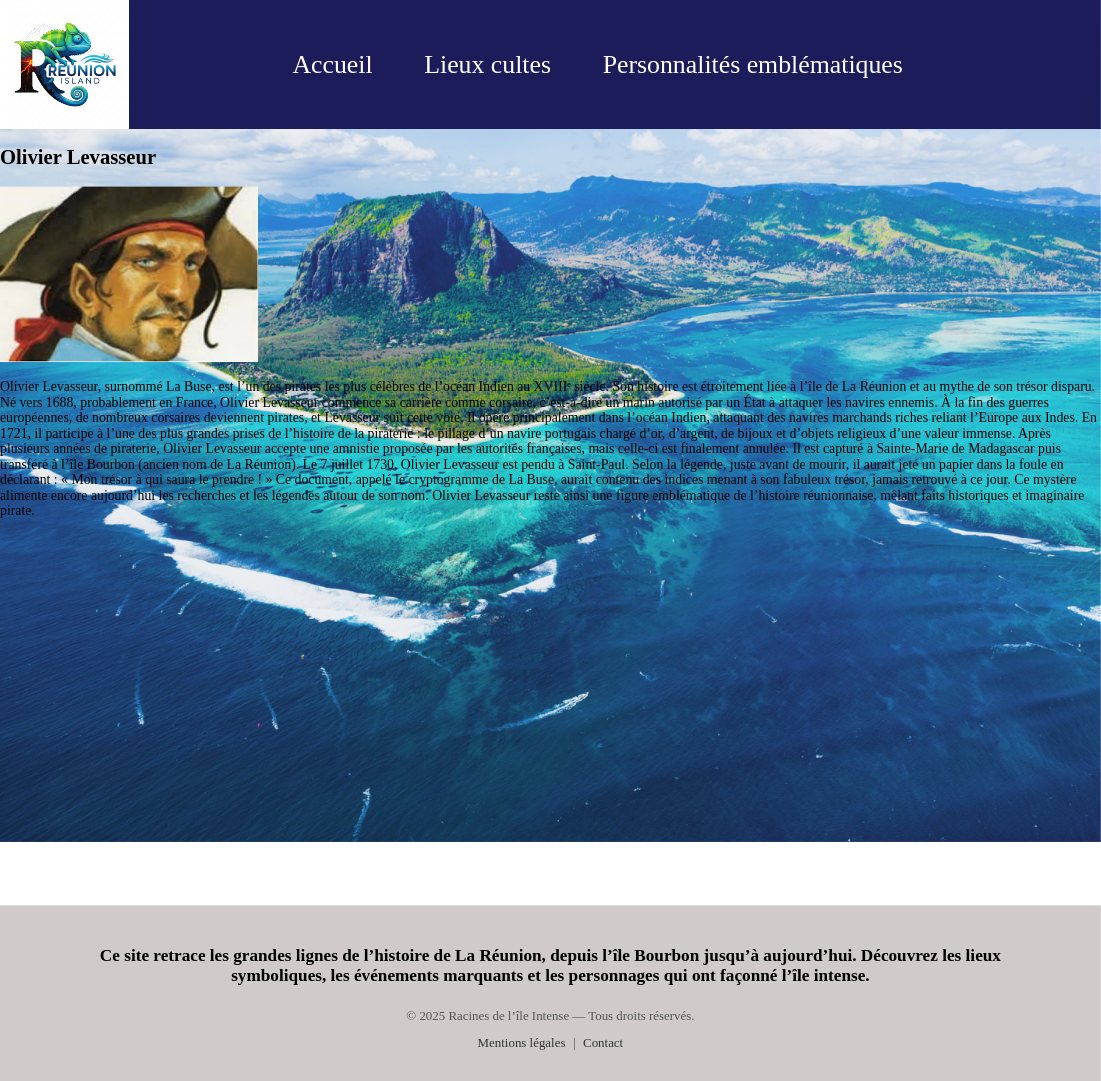
Repository: racinesintense974/Racines-de-lile-intense
Page: olivier-levasseur.html
The author's editor kept a copy of each file at every save. The page is drawn from the files as they stood at one save, then again after the next save.
The browser window is 1280 px wide. The pictures show the whole page, at 86% of full size.

Above is the page before, as saved 2026-02-19 16:38:45.

### olivier-levasseur.html
<!DOCTYPE html>
<html lang="fr">
<head>
    <meta charset="UTF-8">
    <title>Olivier Levasseur</title>
    <link rel="stylesheet" href="css/goat.css">
</head>
<body>

<body>
    <section class="top-page">
        <header class="header">
            <img src="image/logo22.png" alt="logo du site">
        <nav class="nav">
    <ul class="menu">
        <li><a href="index.html">Accueil</a></li>

        <li class="dropdown">
            <a href="#">Lieux cultes</a>
            <ul class="submenu">
                <li><a href="mafate.html">Mafate</a></li>
                <li><a href="cilaos.html">Cilaos</a></li>
                <li><a href="volcans.html">Les volcans</a></li>
            </ul>
        </li>

        <li class="dropdown">
        <a href="#">Personnalités emblématiques</a>
            <ul class="submenu">
                <li><a href="olivier-levasseur.html">Olivier Levasseur</a></li>
                <li><a href="Desbassayns.html">Madame Desbassayns</a></li>
                <li><a href="Garros.html">Rolland Garros</a></li>
            </ul>
        </li>

    </ul>
    </nav>
</header>

<main>
    <h1>Olivier Levasseur</h1>
    <img src="image/olivier levasuce.jpg" width="300">
    <p>
       Olivier Levasseur, surnommé La Buse, est l’un des pirates les plus célèbres de l’océan Indien au XVIIIᵉ siècle. Son histoire est étroitement liée à l’île de La Réunion et au mythe de son trésor disparu.

Né vers 1688, probablement en France, Olivier Levasseur commence sa carrière comme corsaire, c’est-à-dire un marin autorisé par un État à attaquer les navires ennemis. À la fin des guerres européennes, de nombreux corsaires deviennent pirates, et Levasseur suit cette voie.

Il opère principalement dans l’océan Indien, attaquant des navires marchands riches reliant l’Europe aux Indes. En 1721, il participe à l’une des plus grandes prises de l’histoire de la piraterie : le pillage d’un navire portugais chargé d’or, d’argent, de bijoux et d’objets religieux d’une valeur immense.

Après plusieurs années de piraterie, Olivier Levasseur accepte une amnistie proposée par les autorités françaises, mais celle-ci est finalement annulée. Il est capturé à Sainte-Marie de Madagascar puis transféré à l’île Bourbon (ancien nom de La Réunion).

Le 7 juillet 1730, Olivier Levasseur est pendu à Saint-Paul. Selon la légende, juste avant de mourir, il aurait jeté un papier dans la foule en déclarant :

« Mon trésor à qui saura le prendre ! »

Ce document, appelé le cryptogramme de La Buse, aurait contenu des indices menant à son fabuleux trésor, jamais retrouvé à ce jour. Ce mystère alimente encore aujourd’hui les recherches et les légendes autour de son nom.

Olivier Levasseur reste ainsi une figure emblématique de l’histoire réunionnaise, mêlant faits historiques et imaginaire pirate.
    </p>
</main>
<footer class="footer">
    <h1 class="big-title2">Ce site retrace les grandes lignes de l’histoire de La Réunion, depuis l’île Bourbon jusqu’à aujourd’hui. Découvrez les lieux symboliques, les événements marquants et les personnages qui ont façonné l’île intense.</h1>
  <p>&copy; 2025 Racines de l’île Intense — Tous droits réservés.</p>
  <p><a href="mentions-legales.html">Mentions légales</a> | <a href="contact.html">Contact</a></p>
</footer>

    </section>
</body>
</html>

### css/goat.css

*

body {
    margin: 0 auto;

}

header.header {
    display: flex;
    align-items: center;
    background-color: rgb(28, 28, 91);                    /* Entête */
    margin: 0;

}

header.header img {
    width: 150px;
}






section.top-page {
    background: url('../image/ocean\ fond\ olivier.jpg');
    background-size: cover;
    height: 136vh;
    padding: 0px;
}
/* page de bienvenue (landing page) */
.big-title {
    color: rgb(255, 255, 255);
    font-size: 27px;
    padding: 55px 360px;
    background-color: rgba(0, 0, 0, 0.323);
    margin-top: 0;



}
html, body {
  height: 100%;           /* Nécessaire pour que le conteneur remplisse l'écran */
  margin: 0;
  padding: 0;
}

.conteneur-central {
  display: flex;
  justify-content: center;      /* centre horizontalement */
  align-items: center;          /* centre verticalement */
  height: 70vh;                /* 100% de la hauteur de l'écran */
}

/* La galerie contient les images */
.galerie-images {
  display: flex;
  gap: 20px;
  flex-wrap: wrap;
  justify-content: center;
}

.galerie-images img {
  width: 390px;
  height: auto;
  border-radius: 50px;
  box-shadow: 0 4px 10px rgba(0, 0, 0, 0.1);
  transition: transform 0.3s ease;
}

.galerie-images img:hover {
  transform: scale(1.05);
}

.big-title2 {
    color: black;
    font-size: 20px;
    padding: 10px 50px;
}

.footer {
    width: 100%;
  background-color: #d0caca;
  padding: 20px;
  text-align: center;
  font-size: 15px;
  color: #555;
  border-top: 1px solid #ccc;
  margin-top: 450px;
   box-sizing: border-box;

}

.footer a {
  color: #333;
  text-decoration: none;
  margin: 0 5px;
}

.footer a:hover {
  text-decoration: underline;
}


/* menu de navigation */

nav.nav {
    display: flex;
    justify-content: space-between;
    list-style: none;
    width: 970px;
    margin-left: 180px;
font-size: 30px;
}


nav.nav li {
    color: white;
}



/* ===== MENU DEROULANT LIEUX-CULTES ===== */

nav.nav ul.menu {
    list-style: none;
    display: flex;
    gap: 40px;           /* espace entre les éléments */
    margin: 0;
    padding: 0;
}

nav.nav ul.menu > li {
    position: relative;
}

nav.nav ul.menu a {
    text-decoration: none;
    color: white;
    font-size: 30px;
    padding: 10px;
}

/* Sous-menu caché */
.submenu {
    list-style: none;
    padding: 0;
    margin: 0;
    position: absolute;
    background: rgb(12, 16, 70);
    border-radius: 5px;
    border: 1px solid black;
    display: none;
    min-width: 180px;
    z-index: 10;
}

/* Liens du sous-menu */
.submenu li a {
    color: black;
    padding: 10px;
    display: block;
    font-size: 20px;
}

/* Apparition au survol */
.dropdown:hover .submenu {
    display: block;
}

/* Effet hover */
.submenu li a:hover {
    background-color: #a01212;
}

After the next save:
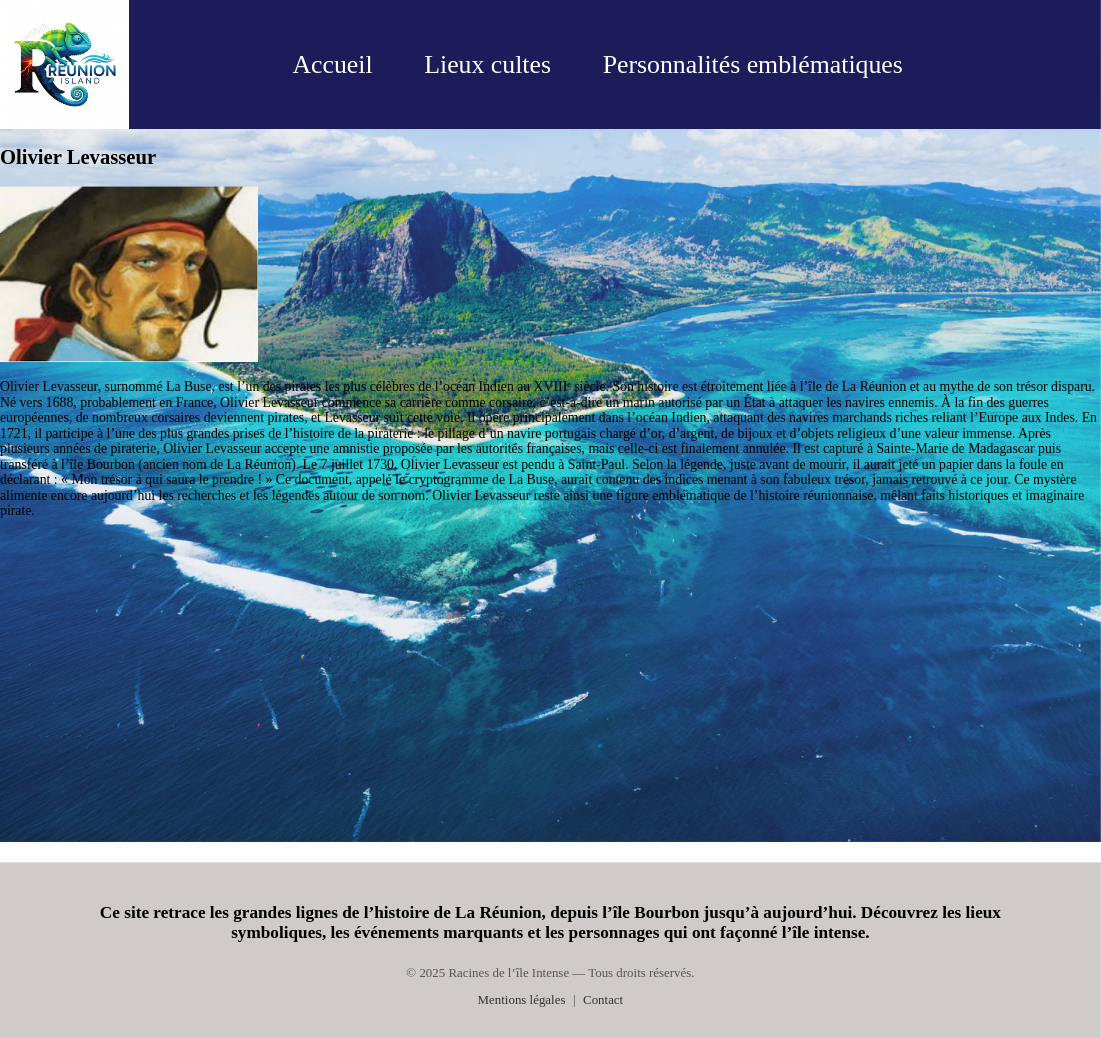
Saved 8 s later.
--- a/css/goat.css
+++ b/css/goat.css
@@ -87,7 +87,7 @@ html, body {
   font-size: 15px;
   color: #555;
   border-top: 1px solid #ccc;
-  margin-top: 450px;
+  margin-top: 400px;
    box-sizing: border-box;
 
 }
